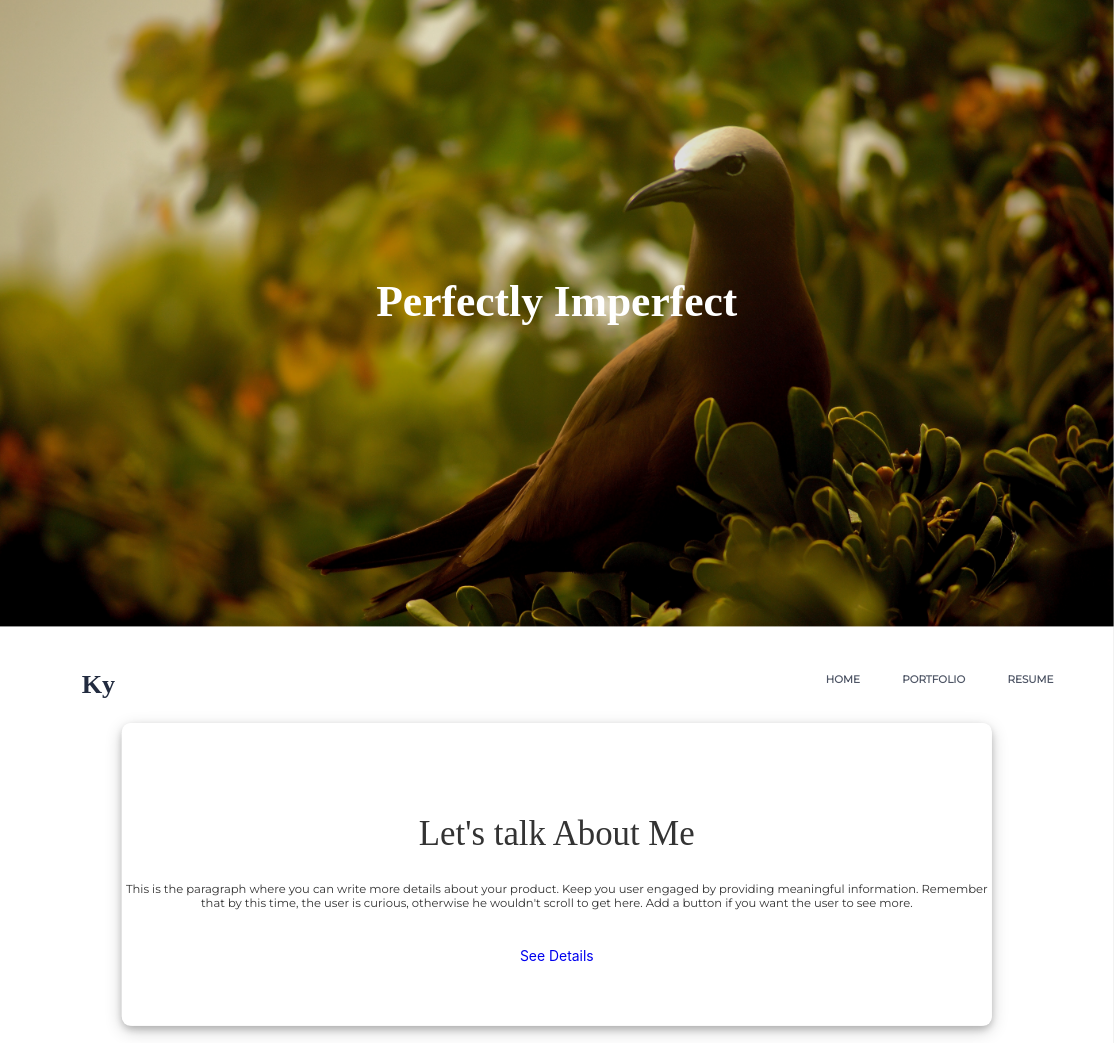
Repository: kkyler24/Perfectly-Imperfect
Page: / (app in imperfect/)
The author's editor kept a copy of each file at every save. The page is drawn from the files as they stood at one save, then again after the next save.
The browser window is 1280 px wide. The pictures show the whole page, at 87% of full size.
Backgrounds fixed to the window are drawn as part of the page. Some web fonts or font styles are not loaded; a fallback is used. The project was rebuilt for these pictures with package versions that can differ from the ones it lists, and the page was loaded fresh each time.

Above is the page before, as saved 2020-08-06 12:39:12.

### imperfect/public/index.html
<!DOCTYPE html>
<html lang="en">
  <head>
    <meta charset="utf-8" />
    <link rel="icon" href="%PUBLIC_URL%/favicon.ico" />
    <meta name="viewport" content="width=device-width, initial-scale=1" />
    <meta name="theme-color" content="#000000" />
    <meta
      name="description"
      content="Web site created using create-react-app"
    />
    <link rel="apple-touch-icon" href="%PUBLIC_URL%/logo192.png" />

    <link rel="manifest" href="%PUBLIC_URL%/manifest.json" />

    <link
      href="https://fonts.googleapis.com/css2?family=Montserrat&family=Petit+Formal+Script&display=swap"
      rel="stylesheet"
    />

    <title>React App</title>
  </head>
  <body>
    <noscript>You need to enable JavaScript to run this app.</noscript>
    <div id="root"></div>
  </body>
</html>

### imperfect/src/App.js
import React from "react";
import logo from "./logo.svg";
import "./App.css";
import Nav from "./Components/navbarComponent/navbar.js";
import PGHeader from "./Components/Headerindex/header.js";
import AboutMe from "./Components/aboutMeIndex/aboutme.js";

function App() {
  return (
    <div className="App">
      <PGHeader />
      {/* <Nav /> */}
      <AboutMe />
    </div>
  );
}

export default App;

### imperfect/src/App.css
body {
  color: #66615b;
  font-size: 16px;
  box-sizing: border-box;
  display: block;
}

### imperfect/src/Components/navbarComponent/navbar.js
import React from "react";
import "./navbar.css";

function NavBar() {
  return (
    <div>
      <nav
        color-on-scroll="300"
        class="fixed-bottom navbar-transparent navbar navbar-expand-lg"
      >
        <div class="container-fluid">
          <div class="navbar-translate">
            <a
              id="Kytitle"
              data-placement="bottom"
              target="_blank"
              title="Coded by Creative Tim"
              class="navbar-brand"
              href="#/index"
            >
              Ky
            </a>
            <button aria-expanded="false" class="navbar-toggler navbar-toggler">
              <span class="navbar-toggler-bar bar1"></span>
              <span class="navbar-toggler-bar bar2"></span>
              <span class="navbar-toggler-bar bar3"></span>
            </button>
          </div>
          <div class="justify-content-end collapse navbar-collapse">
            <ul class="navbar-nav">
              <li class="nav-item">
                <a
                  data-placement="bottom"
                  href="https://www.linkedIn"
                  target="_blank"
                  title="Let's connect on LinkedIn"
                  class="nav-link"
                >
                  {/* <i class="fa fa-linkedIn"></i> */}
                </a>
              </li>
              <li class="nav-item">
                <a
                  data-placement="bottom"
                  href="https://www.linkedIn"
                  target="_blank"
                  title="Let's connect on LinkedIn"
                  class="nav-link"
                >
                  {/* <i class="fa fa-linkedIn"></i> */}
                </a>
              </li>
              <li class="nav-item">
                <a
                  data-placement="bottom"
                  href="https://twitter.com/CreativeTim?ref=creativetim"
                  target="_blank"
                  title="Follow us on Twitter"
                  class="nav-link"
                >
                  {/* <i class="fa fa-twitter"></i> */}
                  <p class="d-lg-none"></p>
                </a>
                <li class="nav-item mr-2rem">
                  <a
                    data-placement="bottom"
                    href="https://www.github.com/CreativeTimOfficial?ref=creativetim"
                    target="_blank"
                    title="Star on GitHub"
                    class="nav-link"
                  >
                    {/* <i class="fa fa-github"></i> */}
                    <p class="d-lg-none"></p>
                  </a>
                </li>
              </li>
              <li class="nav-item">
                <a class="nav-link" href="#/index">
                  <i class="nc-icon nc-layout-11"></i> Home
                </a>
              </li>
              <li class="nav-item">
                <a class="nav-link" href="#/index">
                  <i class="nc-icon nc-layout-11"></i> Portfolio
                </a>
              </li>
              <li class="nav-item">
                <a target="_blank" class="nav-link" href="#/documentation">
                  <i class="nc-icon nc-book-bookmark"></i> Resume
                </a>
              </li>

              <li class="nav-item">
                <a
                  data-placement="bottom"
                  href="https://www.github.com/CreativeTimOfficial?ref=creativetim"
                  target="_blank"
                  title="Star on GitHub"
                  class="nav-link"
                >
                  {/* <i class="fa fa-github"></i> */}
                  <p class="d-lg-none"></p>
                </a>
              </li>
            </ul>
          </div>
        </div>
      </nav>
    </div>
  );
}
export default NavBar;

### imperfect/src/Components/Headerindex/header.js
import React from "react";
import "./Indexheader.css";
import Navbar from "../navbarComponent/navbar.js";

function PageHeader(props) {
  return (
    <div>
      <div id="background" className="page-header" data-parallax="true">
        <div className="filter"></div>
        <div className="headerContainer">
          <div className="motto text-center">
            <h1 id="JumboHeaderTitle">Perfectly Imperfect</h1>
            <br />
          </div>
        </div>
      </div>
      <Navbar />
    </div>
  );
}
export default PageHeader;

### imperfect/src/Components/aboutMeIndex/aboutme.js
import React from "react";
import "./aboutme.css";

function Aboutme() {
  return (
    <div className=" card aboutMain">
      <div className="sectionAB text-center">
        <div className="ABccontainer">
          <div class="row">
            <div class="ml-auto mr-auto col-md-8">
              <h2 class="titleAB">Let's talk About Me</h2>
              <h5 class="descriptionAB">
                This is the paragraph where you can write more details about
                your product. Keep you user engaged by providing meaningful
                information. Remember that by this time, the user is curious,
                otherwise he wouldn't scroll to get here. Add a button if you
                want the user to see more.
              </h5>
              <br />
              <a href="#pablo" class="btn-round btn btn-info">
                See Details
              </a>
            </div>
          </div>
        </div>
      </div>
    </div>
  );
}
export default Aboutme;

### imperfect/src/Components/navbarComponent/navbar.css
/* navbar */
#Kytitle {
  font-family: "Petit Formal Script", cursive;
  font-size: 30px;
  color: #222b3f;
  border-bottom: solid 2px rgb(255, 255, 255);
  text-transform: capitalize;
}

.navbar.navbar-transparent {
  background: transparent !important;
  padding-top: 25px;
  box-shadow: none;
}

.navbar .navbar-brand {
  font-weight: 600;
  margin: 5px 0;
  padding: 20px 15px;
  font-size: 14px;
  text-transform: uppercase;
}

.navbar-nav {
  display: flex;
  flex-direction: column;
  padding-left: 0;
  margin-bottom: 0;
  list-style: none;
}
.navbar-brand {
  display: inline-block;
  padding-top: 0.3125rem;
  padding-bottom: 0.3125rem;
  margin-right: 1rem;
  font-size: 1.25rem;
  line-height: inherit;
  white-space: nowrap;
}

.navbar {
  border: 0;
  font-size: 14px;
  padding: 0;
  font-family: "Montserrat", "Helvetica", Arial, sans-serif;
  font-weight: 300;
  align-items: center;
  display: flex;
}
.navbar > .container-fluid {
  display: flex;
  flex-wrap: wrap;
  align-items: center;
  justify-content: space-between;
}

.nav-link {
  display: block;
}

.navbar-toggler {
  padding: 0.25rem 0.75rem;
  font-size: 1.25rem;
  line-height: 1;
  background-color: transparent;
  border: 1px solid transparent;
  border-radius: 0.25rem;
}
button {
  text-transform: none;
  overflow: hidden;
  -webkit-font-smoothing: antialiased;
  font-family: "Montserrat", "Helvetica", Arial, sans-serif;
  font-weight: 300;
  margin: 0;
  text-rendering: auto;
  /* color: -internal-light-dark(buttontext, rgb(170, 170, 170)); */
  letter-spacing: normal;
  word-spacing: normal;
  text-indent: 0px;
  text-shadow: none;
  display: inline-block;
  text-align: center;
  align-items: flex-start;
  font: 400 13.3333px Arial;
}
.navbar .navbar-toggler .navbar-toggler-bar {
  display: block;
  position: relative;
  width: 24px;
  height: 2px;
  border-radius: 1px;
  margin: 0 auto;
}

.navbar.navbar-transparent .navbar-toggler .navbar-toggler-bar {
  background: #222b3f !important;
}

.navbar-transparent .navbar-nav .nav-item .nav-link:not(.btn) {
  color: #222b3f;
  border-color: #222b3f;
}

.navbar .navbar-toggler .navbar-toggler-bar + .navbar-toggler-bar {
  margin-top: 4px;
}

.navbar .navbar-nav .nav-item .nav-link {
  line-height: 1.6;
  margin: 15px 3px;
  padding: 10px 15px;
  opacity: 0.8;
  font-size: 12px;
  text-transform: uppercase;
  font-weight: 600;
}

.navbar .navbar-nav .nav-item .nav-link p {
  margin: 0;
  text-transform: uppercase;
  font-weight: 600;
  font-size: 12px;
  line-height: 1.5em;
  padding: 15px 0;
  color: #222b3f;
}

button:not(:disabled) {
  cursor: pointer;
}

.container-fluid {
  width: 100%;
  padding-right: 15px;
  padding-left: 15px;
  margin-right: 0%;
  margin-left: 5%;
}

.fixed-top {
  position: fixed;
  right: 0;
  left: 0;
  z-index: 1030;
  /* not needed for fixed bottom */
  top: 0;
}

a {
  text-decoration: none;
  background-color: transparent;
}

.collapse:not(.show) {
  display: none;
}

.justify-content-end,
ul {
  justify-content: flex-end !important;
}

.navbar-collapse {
  flex-basis: 100%;
  flex-grow: 1;
  align-items: center;
}

ul {
  margin-top: 0;
}

.navbar .navbar-nav .nav-item .nav-link [class^="fa"] {
  font-size: 17px;
  position: relative;
  right: 5px;
}
.fa {
  width: 18px;
  text-align: center;
}
.fa {
  display: inline-block;
  font: normal normal normal 14px/1 FontAwesome;
  text-rendering: auto;
  -webkit-font-smoothing: antialiased;
}

.nc-icon {
  display: inline-block;
  font: normal normal normal 14px/1 "nucleo-icons";
  font-size: inherit;
  text-transform: none;
  -webkit-font-smoothing: antialiased;
}

.nc-layout-11:before {
  content: "\ea36";
}

.nc-book-bookmark:before {
  content: "\ea0f";
}

.fa-github:before {
  content: "\f09b";
}

:before {
  box-sizing: border-box;
}

.navbar .navbar-collapse .nav-item .nav-link p {
  display: inline;
}

/* media Q navbar */
@media (min-width: 992px) {
  .navbar-expand-lg {
    flex-flow: row nowrap;
    justify-content: flex-start;
  }
  .navbar {
    justify-content: space-between;
  }
}
/* Li */
@media (min-width: 992px) {
  .navbar-expand-lg .navbar-nav {
    flex-direction: row;
  }
}
@media screen and (max-width: 991px) {
  .navbar-collapse ul {
    position: relative;
    z-index: 3;
    height: 95%;
  }
}

@media screen and (max-width: 991px) {
  .navbar-collapse .navbar-nav > .nav-item > .nav-link {
    color: #222b3f !important;
  }
}

@media screen and (max-width: 991px) {
  .navbar-collapse {
    position: fixed;
    display: block !important;
    top: 0;
    width: 230px;
    right: 0;
    z-index: 1032;
    visibility: visible;
    overflow-y: visible;
    border-top: none;
    text-align: left;
    padding-right: 0;
    padding-left: 40px;
    padding-top: 15px;
    transform: translateX(230px);
    transition: all 0.33s cubic-bezier(0.685, 0.0473, 0.346, 1);
  }
}

@media (max-width: 991.98px) {
  .navbar-expand-lg > .container-fluid {
    padding-right: 0;
    padding-left: 0;
  }
}

@media (min-width: 768px) {
  .container-fluid {
    max-width: 720px;
  }
}

@media (min-width: 992px) {
  .container-fluid {
    max-width: 100%;
  }
}

@media screen and (max-width: 991px) {
  .navbar-translate {
    width: 100%;
    position: relative;
    display: flex;
    justify-content: space-between !important;
    align-items: center;
    transform: translateX(0);
    transition: all 0.33s cubic-bezier(0.685, 0.0473, 0.346, 1);
  }
}

@media (min-width: 992px) {
  .navbar-expand-lg .navbar-toggler {
    display: none;
  }
}

@media screen and (max-width: 991px) {
  .navbar-collapse {
    height: 100% !important;
  }
}

@media (min-width: 992px) {
  .navbar-expand-lg .navbar-collapse {
    display: flex !important;
    flex-basis: auto;
  }
}
/*
@media (min-width: 576px) {
  .container-fluid {
    max-width: 540px;
  }
} */

@media (min-width: 992px) {
  .navbar-expand-lg > .container-fluid {
    flex-wrap: nowrap;
  }
}

### imperfect/src/Components/Headerindex/Indexheader.css
#background {
  background-image: url("../../Assets/imgs/brownnoodyGreatbirdisland.jpg");
  background-attachment: fixed;
  background-repeat: no-repeat;
  background-size: cover;
  height: 700px;
}

.page-header {
  background-position: 50%;
  background-size: cover;
  min-height: 100vh;
  max-height: 999px;
  overflow: hidden;
  position: relative;
  width: 100%;
  z-index: 1;
  display: flex;
  align-items: center;
  justify-content: center;
}

.page-header .filter:after {
  background-color: rgba(0, 0, 0, 0.125);
  content: "";
  display: block;
  height: 100%;
  left: 0;
  top: 0;
  position: absolute;
  width: 100%;
  z-index: 1;
}

.page-header .motto {
  z-index: 3;
  color: #fff;
  position: relative;
  width: max-content;
}

.headerContainer {
  font-family: "Petit Formal Script", cursive;
  display: inline-flex;
  width: 100%;
  /* font-weight: 200; */
  padding-right: 15px;
  padding-left: 15px;
  margin-right: auto;
  margin-left: auto;
  font-size: 50px;
  justify-content: center;
}

.text-center {
  text-align: center !important;
}
div {
  display: block;
}

h1 {
  display: block;
  font-size: 2em;
  margin-block-start: 0.67em;
  margin-block-end: 0.67em;
  margin-inline-start: 0px;
  margin-inline-end: 0px;
  font-weight: bold;
}
@media (max-width: 450px) and (min-width: 280px) {
  #JumboHeaderTitle {
    width: 300px;
    margin: auto;
    font-size: 20px;
    text-align: center;
  }
  #background {
    width: 450px !important;
  }
}
/*
@media (max-width: 570px) and (min-width: 280px) {
  #JumboHeaderTitle {
    width: 400px;
    margin: auto;
    font-size: 20px;
    text-align: center;
  }
} */

/* media Q */
@media (min-width: 992px) {
  .headerContainer {
    max-width: 960px;
  }
}

@media (min-width: 768px) {
  .headerContainer {
    max-width: 720px;
  }
}

@media (min-width: 576px) {
  .headerContainer {
    max-width: 540px;
    font-size: 25px;
  }
}

@media (max-width: 576px) {
  .headerContainer {
    display: flex;
    flex-wrap: wrap;
    max-width: 540px !important;
    font-size: 20px;
    text-align: center;
  }
}

### imperfect/src/Components/aboutMeIndex/aboutme.css
.aboutMain .section:first-of-type {
  position: relative;
  z-index: 3;
  position: relative;
  background: #ffffff;
  margin: -60px 30px 0px;
  box-shadow: 0 16px 24px 2px rgba(0, 0, 0, 0.14),
    0 6px 30px 5px rgba(0, 0, 0, 0.12), 0 8px 10px -5px rgba(0, 0, 0, 0.2);
  border-radius: 6px;
  padding: 70px 0;
}

.card,
.aboutMain {
  width: 700px;
  border-radius: 12px;
  box-shadow: 0 4px 8px 0 rgba(0, 0, 0, 0.2), 0 6px 20px 0 rgba(0, 0, 0, 0.19);
  text-align: center;
  background-color: #fff;
  color: #333;
  margin-bottom: 20px;
  position: relative;
  z-index: 3;
  border: 0;
  transition: transform 0.3s cubic-bezier(0.34, 2, 0.6, 1), box-shadow 0.2s ease;
  display: flex;
  flex-direction: column;
  min-width: 0;
  background-clip: border-box;
  /* border: 1px solid rgba(0, 0, 0, 0.25); */
  /* border-radius: 20px; */
  margin-left: auto;
  margin-right: auto;
}

.sectionAB {
  padding: 70px 0;
  background-color: #fff;
  border-radius: 10px;
}

.text-center {
  text-align: center !important;
}

.titleAB {
  font-family: "Petit Formal Script", cursive;
  font-weight: lighter;
  font-size: 40px;
}

.descriptionAB {
  font-family: "Montserrat", sans-serif;
  font-weight: lighter;
}

.ABcontainer {
  width: 100%;
  margin-right: auto;
  margin-left: auto;
}

row {
  display: flex;
  flex-wrap: wrap;
  margin-right: -15px;
  margin-left: -15px;
}

@media (min-width: 768px) {
  .ABcontainer {
    max-width: 720px;
  }
}

@media (max-width: 992px) {
  .sectionAB {
    max-width: 700px;
  }
}

@media (min-width: 992px) {
  .sectionAB,
  .aboutMain {
    width: 1000px;
  }
}

Loaded but not shown: imperfect/src/index.js (common file); imperfect/src/index.css (common file); imperfect/src/serviceWorker.js (common file)

After the next save:
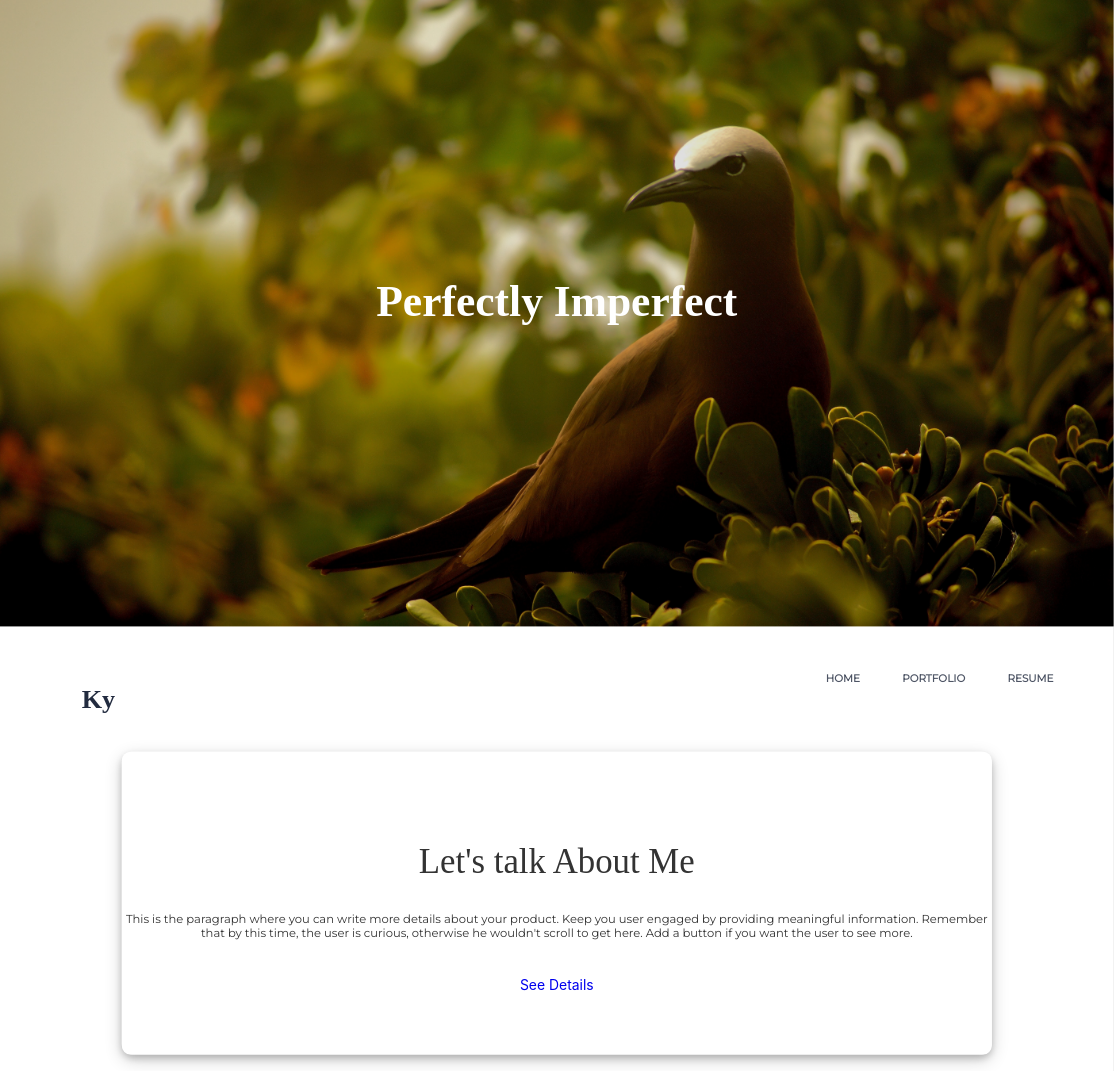
Saved 4 min 54 s later.
--- a/imperfect/src/Components/navbarComponent/navbar.js
+++ b/imperfect/src/Components/navbarComponent/navbar.js
@@ -6,7 +6,7 @@ function NavBar() {
     <div>
       <nav
         color-on-scroll="300"
-        class="fixed-bottom navbar-transparent navbar navbar-expand-lg"
+        class="fixed-bottom  navbar-transparent navbar navbar-expand-lg"
       >
         <div class="container-fluid">
           <div class="navbar-translate">
@@ -42,10 +42,10 @@ function NavBar() {
               <li class="nav-item">
                 <a
                   data-placement="bottom"
-                  href="https://www.linkedIn"
+                  href="https://www.linkedin.com/in/ky-kyler-a723b932/"
                   target="_blank"
                   title="Let's connect on LinkedIn"
-                  class="nav-link"
+                  class="nav-link fa fa-linkedin"
                 >
                   {/* <i class="fa fa-linkedIn"></i> */}
                 </a>
@@ -64,10 +64,10 @@ function NavBar() {
                 <li class="nav-item mr-2rem">
                   <a
                     data-placement="bottom"
-                    href="https://www.github.com/CreativeTimOfficial?ref=creativetim"
+                    href="https://www.linkedin.com/in/ky-kyler-a723b932/"
                     target="_blank"
                     title="Star on GitHub"
-                    class="nav-link"
+                    class="nav-link fa fa-github"
                   >
                     {/* <i class="fa fa-github"></i> */}
                     <p class="d-lg-none"></p>
